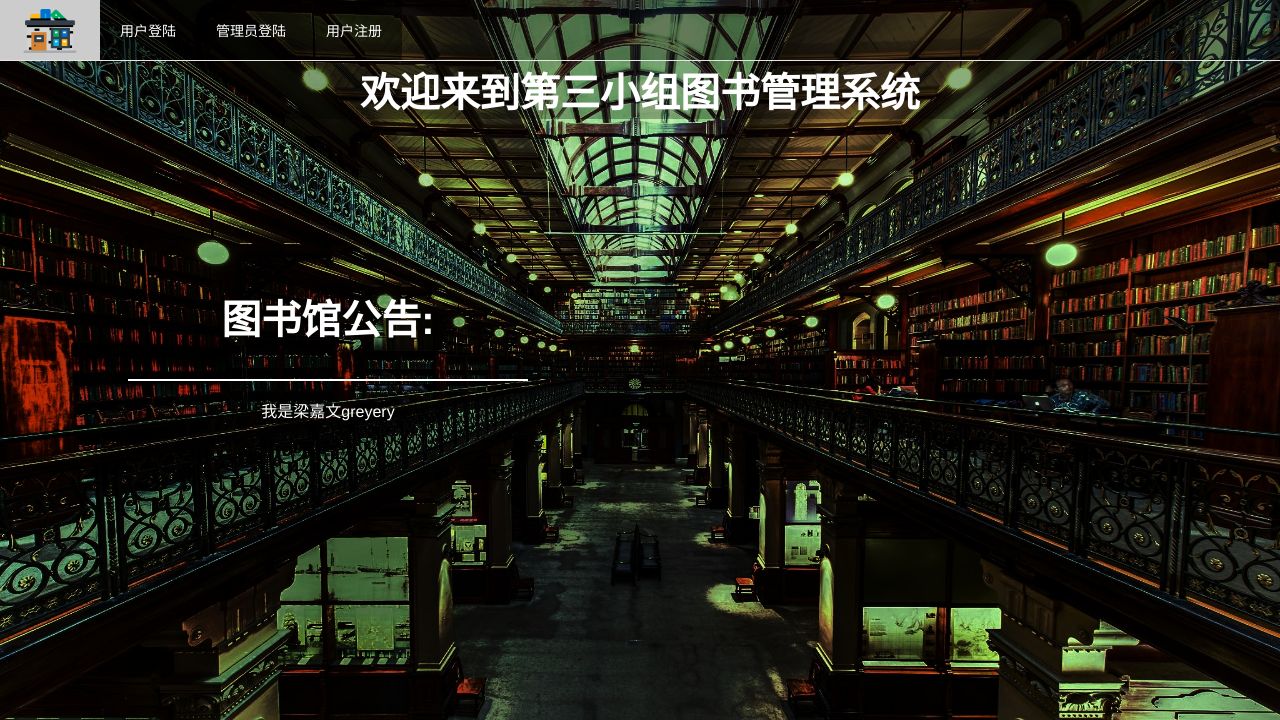
Repository: Akron-xz/helloVue
Page: / (app in vue-library/)
The author's editor kept a copy of each file at every save. The page is drawn from the files as they stood at one save, then again after the next save.
The browser window is 1280 px wide. The pictures show the whole page.
The page's requests for data from a server got no answer. The project was rebuilt for these pictures with package versions that can differ from the ones it lists, and the page was loaded fresh each time. No one was signed in, and anything a server would have sent is missing.

Above is the page before, as saved 2020-11-24 17:55:31.

After the next save:
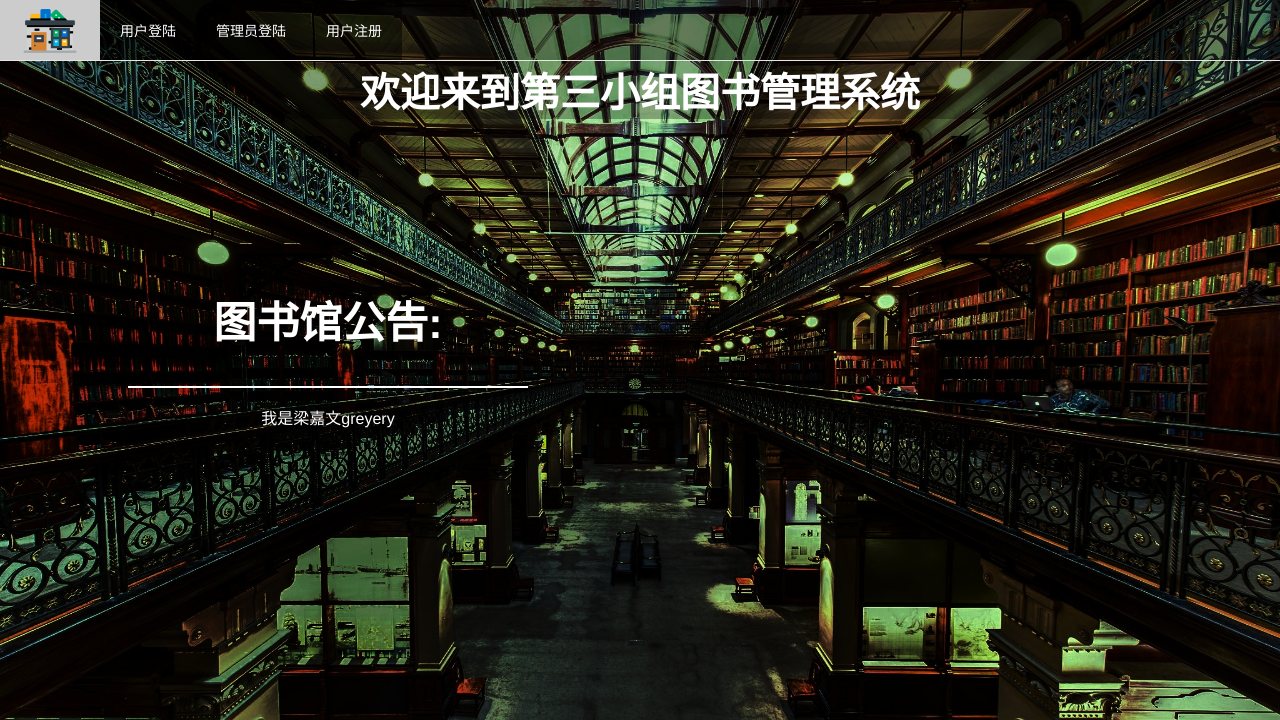
Saved 7 s later.
--- a/vue-library/src/views/Home.vue
+++ b/vue-library/src/views/Home.vue
@@ -195,7 +195,7 @@ export default {
   border-top: solid white 2px;
 }
 .announce-box h2 {
-  font-size:40px;
+  font-size:43px;
   color: white;
   margin-top: 0;
 }
